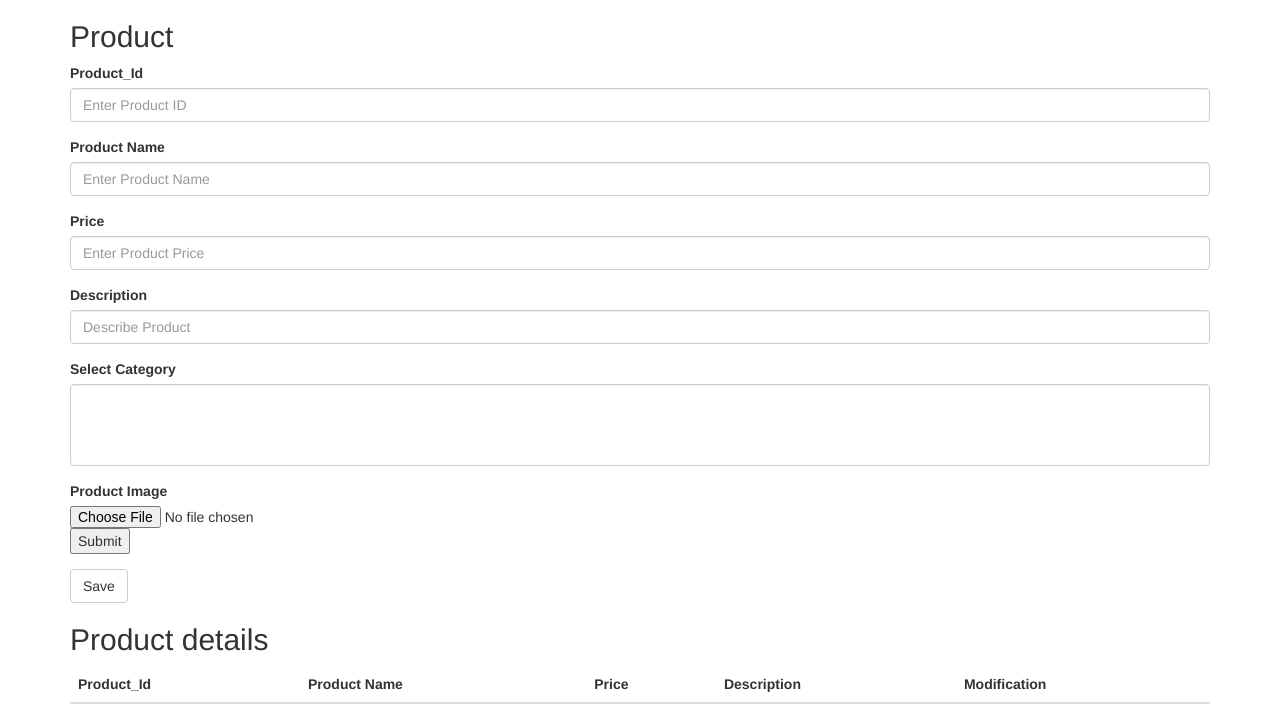
Repository: ashutosh238/S180403_404Shoppingcart
Page: http://localhost/ShoppingCartFrontEnd/WEB-INF/page/admin/product.jsp
These files come from the project's save history. The page is drawn as it stood at one moment and after the next save; the edit follows.
The browser window is 1280 px wide. The pictures show the whole page.
The page is served by Tomcat 9. Nobody is signed in. Other server files are loaded and not shown. The template is opened directly, without the code that normally fills it, so the values that code supplies are empty.

Above is the page before, as saved 2018-05-25 08:41:43.

### ShoppingCartFrontEnd/src/main/webapp/WEB-INF/page/admin/product.jsp
<%@ page language="java" contentType="text/html; charset=ISO-8859-1"
    pageEncoding="ISO-8859-1"%>
<!DOCTYPE html PUBLIC "-//W3C//DTD HTML 4.01 Transitional//EN" "http://www.w3.org/TR/html4/loose.dtd">
<html>
<head>
<%@ taglib uri="http://java.sun.com/jsp/jstl/core" prefix="c"%>
 <title>Bootstrap Example</title>

  <meta name="viewport" content="width=device-width, initial-scale=1">
  <link rel="stylesheet" href="https://maxcdn.bootstrapcdn.com/bootstrap/3.3.7/css/bootstrap.min.css">
  <script src="https://ajax.googleapis.com/ajax/libs/jquery/3.3.1/jquery.min.js"></script>
  <script src="https://maxcdn.bootstrapcdn.com/bootstrap/3.3.7/js/bootstrap.min.js"></script>
</head>
<body>
<!-- create a form to save product -->


<div class="container">
  <h2>Product</h2>
  <form action="product/save" method="post">
    <div class="form-group">
      <label for="pid">Product_Id</label>
      <input type="text" class="form-control" id="pid" placeholder="Enter Product ID" name="id">
    </div>
    <div class="form-group">
      <label for="pname">Product Name</label>
      <input type="text" class="form-control" id="pname" placeholder="Enter Product Name" name="name">
    </div>
    <div class="form-group">
      <label for="price">Price</label>
      <input type="text" class="form-control" id="price" placeholder="Enter Product Price" name="price">
    </div>
    <div class="form-group">
      <label for="des">Description</label>
      <input type="text" class="form-control" id="des" placeholder="Describe Product" name="description">
    </div>
    <div class="form-group">
    <label for="category">Select Category</label>
    <select multiple class="form-control" id="category" name="cateoryName">
      <c:forEach var="category" items="${categories}">
<option value="${category.name}">${category.name}  </option>
</c:forEach>

    </select>
  </div>
  <div class="form-group">
    <label for="productImg">Product Image</label>
   <input type="file" name="pic" accept="image/*">
  <input type="submit">
  </div>


    <button type="submit" class="btn btn-default">Save</button>
  </form>
</div>

<div class="container">
  <h2>Product details</h2>
  <table class="table">
    <thead>
      <tr>
        <th>Product_Id</th>
        <th>Product Name</th>
        <th>Price</th>
        <th>Description</th>
        <th>Modification</th>
      </tr>
    </thead>
    <tbody>
    <c:forEach var="p" items="${products}" >
      <tr>

<td>${p.id}</td>
<td>${p.name}</td>
<td>${p.description}</td>
<td>${p.price}</td>
<td>
<a href="product/delete?id=${p.id}">Delete</a> <a href="product/edit?id=${p.id}"> | Edit</a>

   </td>


 </tr>


</c:forEach>

    </tbody>
  </table>
</div>





</body>
</html>

After the next save:
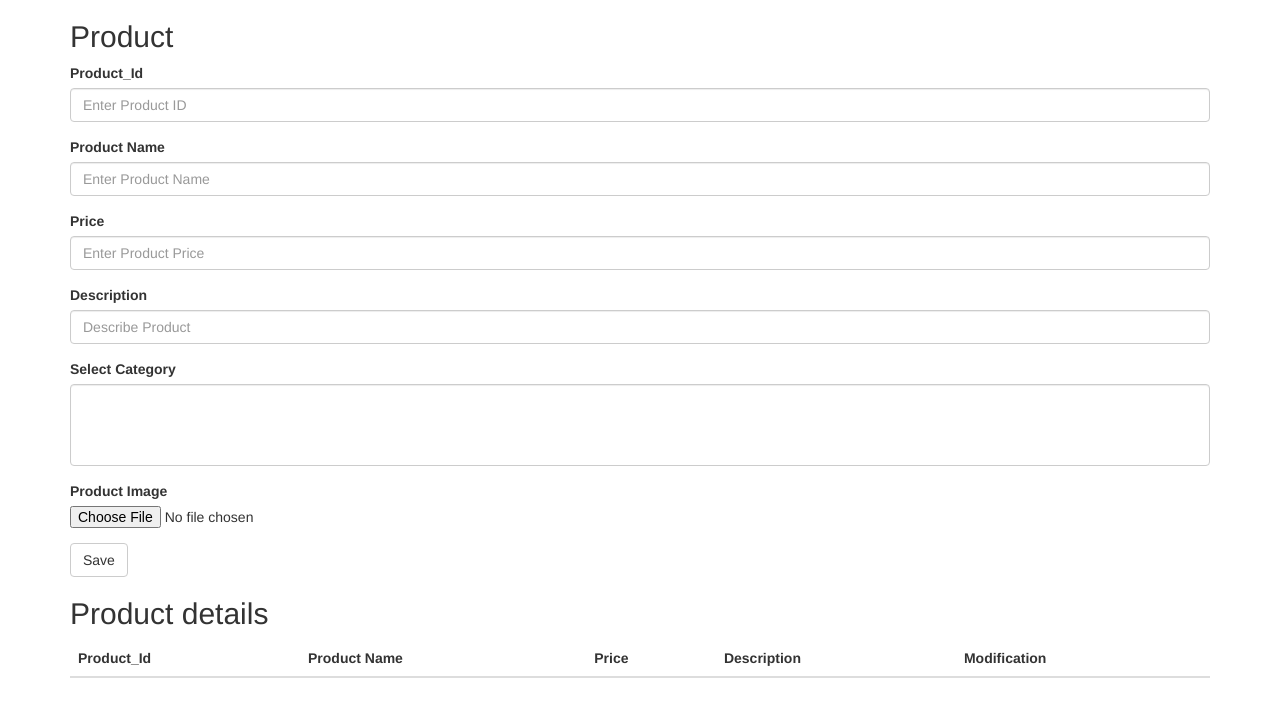
Saved 36 s later.
--- a/ShoppingCartFrontEnd/src/main/webapp/WEB-INF/page/admin/product.jsp
+++ b/ShoppingCartFrontEnd/src/main/webapp/WEB-INF/page/admin/product.jsp
@@ -46,7 +46,7 @@
   <div class="form-group">
     <label for="productImg">Product Image</label>
    <input type="file" name="pic" accept="image/*">
-  <input type="submit">
+
   </div>
 
 
